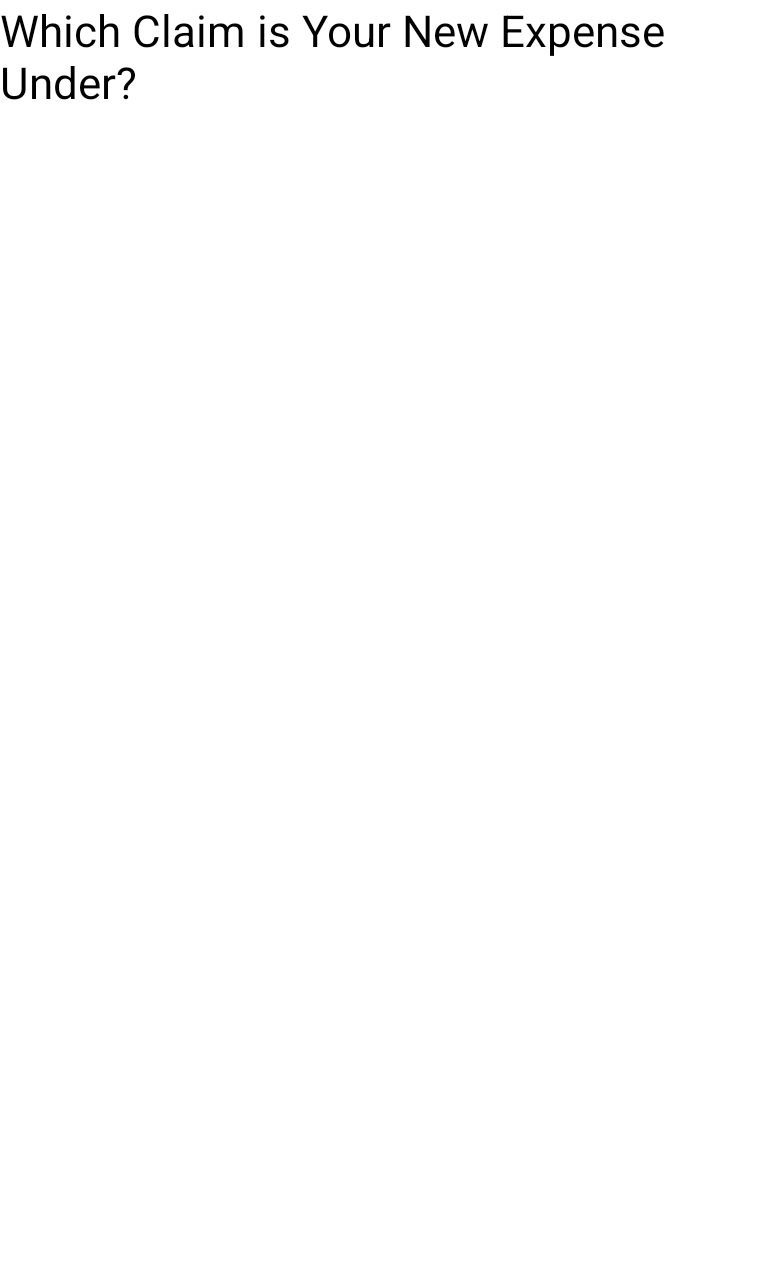
Repository: ReverseOni/Assignment1
Layout: MamesserAssign1/res/layout/add_expense_claims_list.xml
An editor plug-in stored every save of this project. The layout is shown before and after the next save, followed by the edit.
It is drawn on a 768 x 1280 px phone screen (xhdpi) without system bars, with theme AppTheme; the app's code is not run.

Above is the layout before, as saved 2015-01-29 23:13:09.

### MamesserAssign1/res/layout/add_expense_claims_list.xml
<?xml version="1.0" encoding="utf-8"?>
<RelativeLayout xmlns:android="http://schemas.android.com/apk/res/android"
    android:layout_width="match_parent"
    android:layout_height="match_parent" >

    <TextView
        android:id="@+id/textView1"
        android:layout_width="wrap_content"
        android:layout_height="wrap_content"
        android:layout_alignParentTop="true"
        android:layout_centerHorizontal="true"
        android:text="Which Claim is Your New Expense Under?"
        android:textAppearance="?android:attr/textAppearanceLarge" />

</RelativeLayout>

Loaded but not shown: MamesserAssign1/res/values/styles.xml (common file); MamesserAssign1/res/values-v11/styles.xml (common file); MamesserAssign1/res/values-v14/styles.xml (common file)

After the next save:
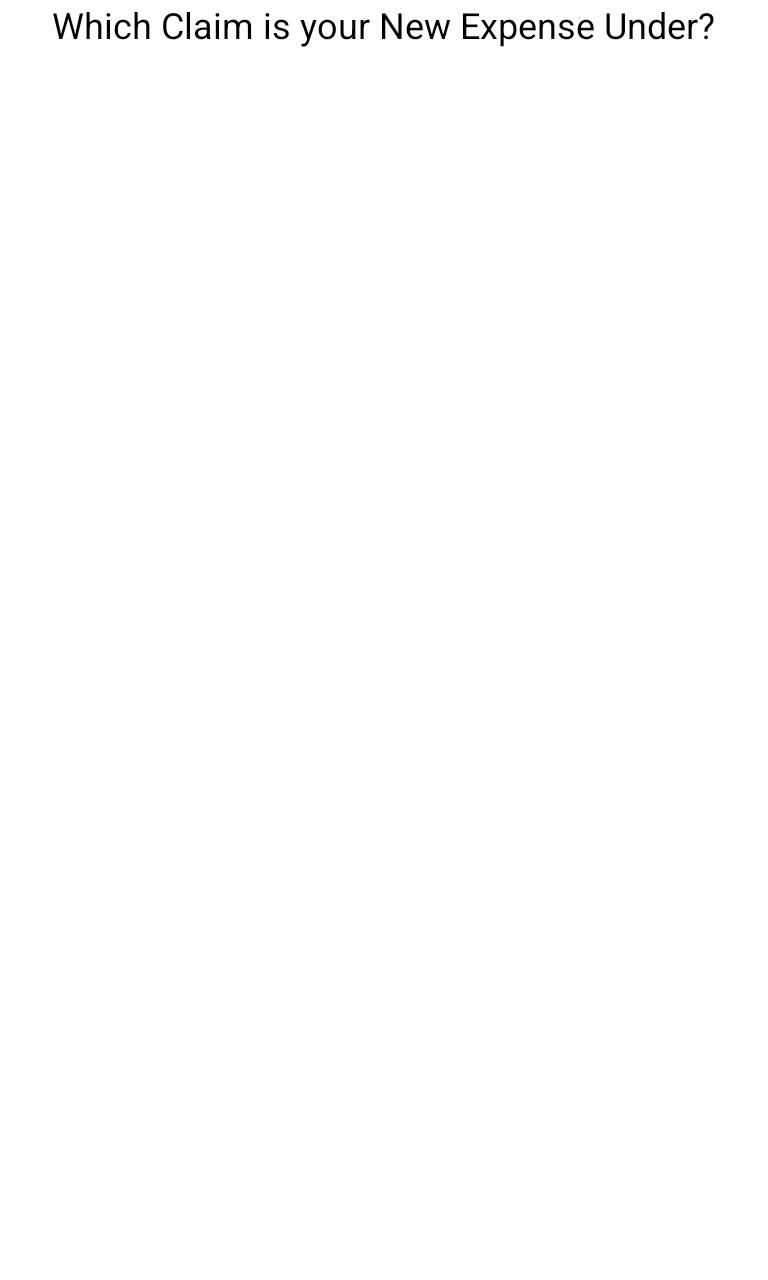
Saved 29 s later.
--- a/MamesserAssign1/res/layout/add_expense_claims_list.xml
+++ b/MamesserAssign1/res/layout/add_expense_claims_list.xml
@@ -9,7 +9,7 @@
         android:layout_height="wrap_content"
         android:layout_alignParentTop="true"
         android:layout_centerHorizontal="true"
-        android:text="Which Claim is Your New Expense Under?"
-        android:textAppearance="?android:attr/textAppearanceLarge" />
+        android:text="Which Claim is your New Expense Under?"
+        android:textAppearance="?android:attr/textAppearanceMedium" />
 
 </RelativeLayout>
